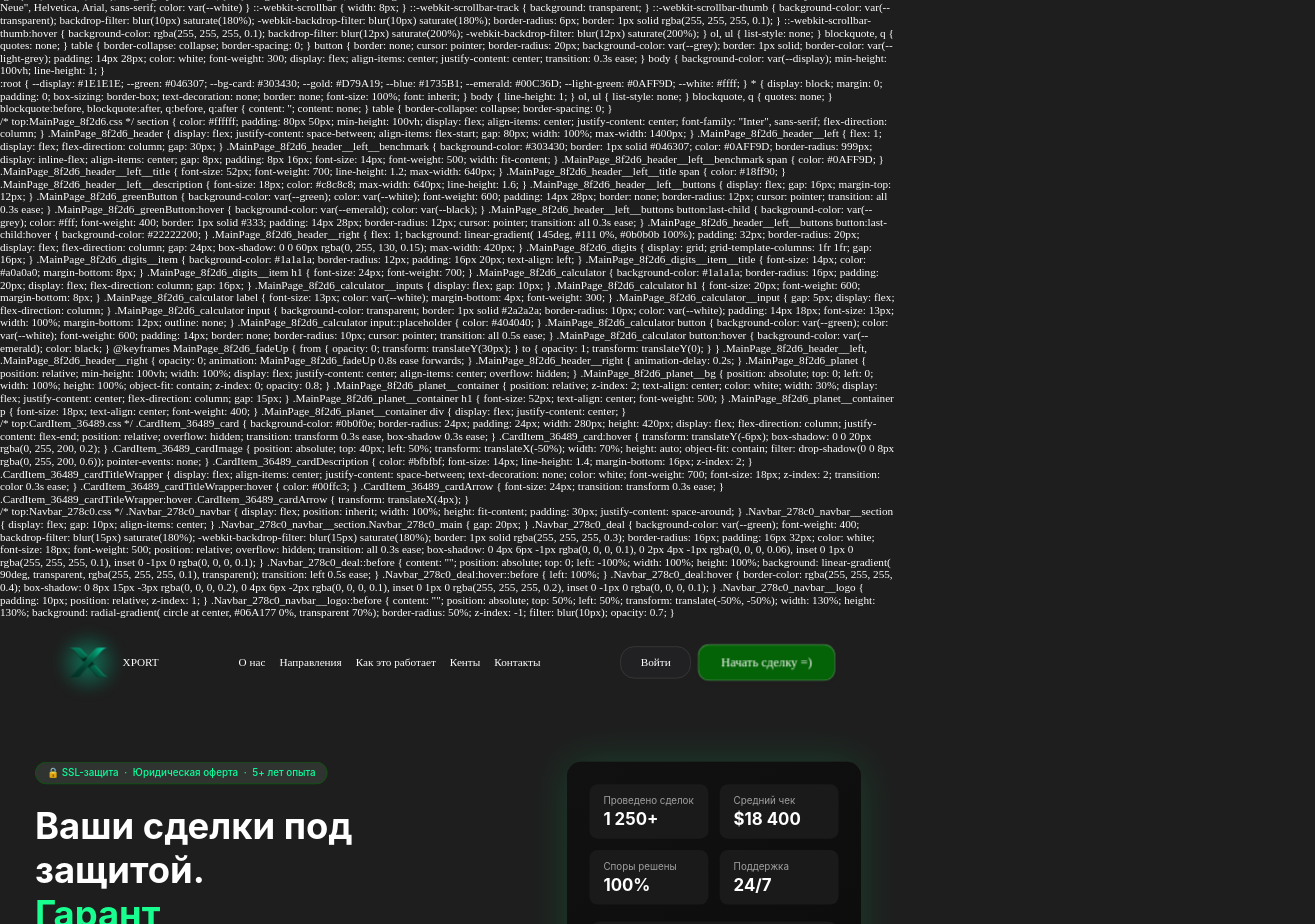
Repository: 1mpuryyyyy/x-port
Page: /x-port/
These files come from the project's save history. The page is drawn as it stood at one moment and after the next save; the edit follows.
The browser window is 1280 px wide. The page is 1879 px wide, so the pictures cover 1879 px, including what lies to the right of the window. The pictures show the part of the page from y = 1005 to 2325 px (the page is 3910 px tall), at 70% of full size.
The project was rebuilt for these pictures with package versions that can differ from the ones it lists, and the page was loaded fresh each time. Also part of the build but not shown: vite.config.js.

Above is the page before, as saved 2025-10-09 03:17:51.

After the next save:
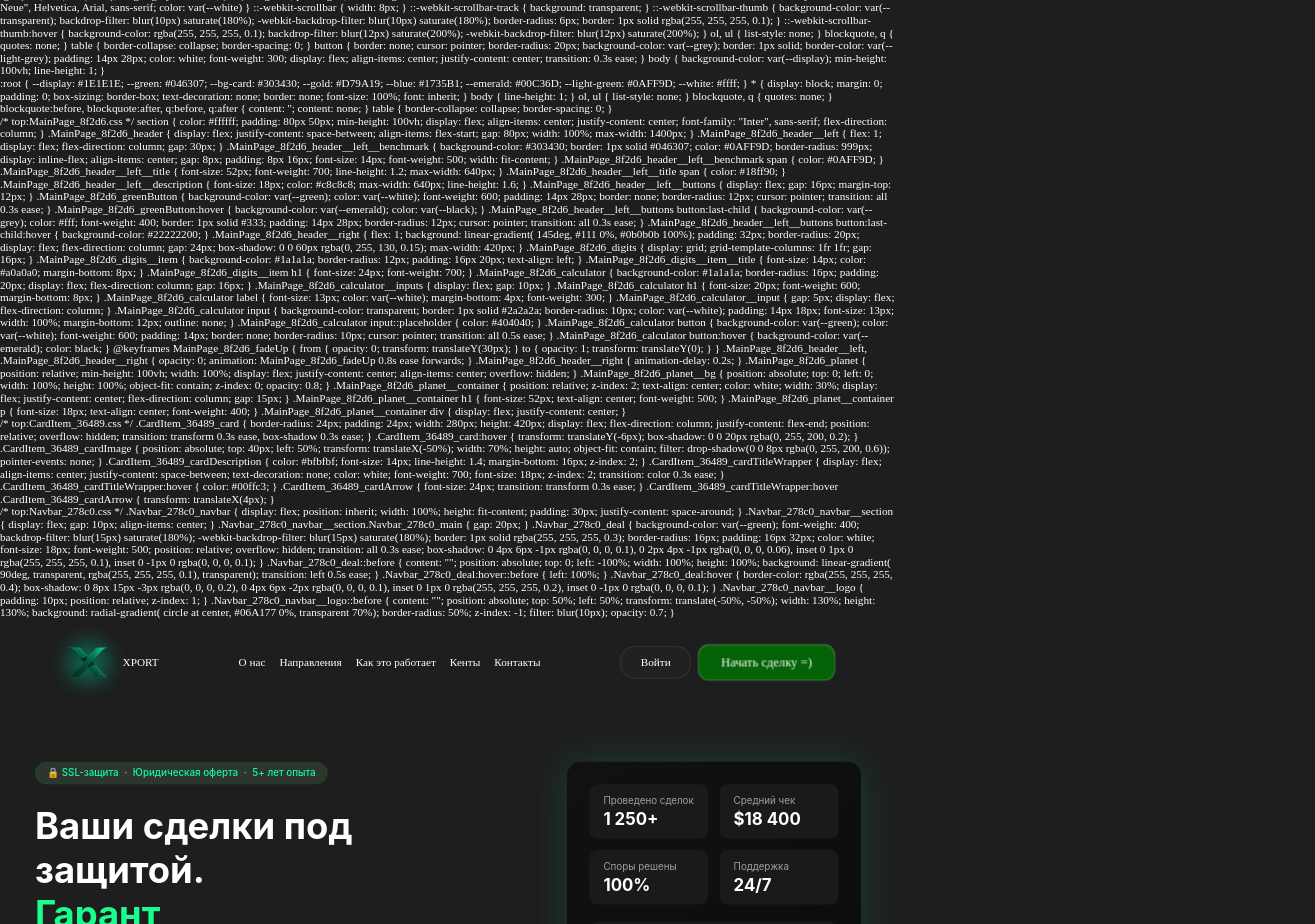
Saved 24 s later.
--- a/src/components/CardItem/CardItem.module.css
+++ b/src/components/CardItem/CardItem.module.css
@@ -1,6 +1,4 @@
 .card {
-    background-color: #0b0f0e;
-    /* глубокий тёмный */
     border-radius: 24px;
     padding: 24px;
     width: 280px;
